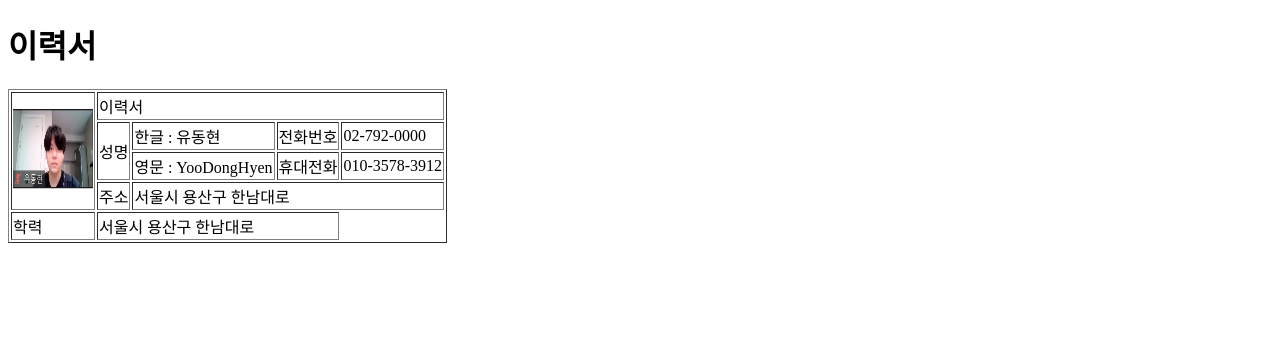
Repository: DongHyenYoo/DongHyen
Page: JdbcStudy/HTMLTEST/WebContent/resume.html
These files come from the project's save history. The page is drawn as it stood at one moment and after the next save; the edit follows.
The browser window is 1280 px wide. The pictures show the whole page.

Above is the page before, as saved 2022-09-23 08:16:52.

### JdbcStudy/HTMLTEST/WebContent/resume.html
<!DOCTYPE html>
<html>
<head>
<meta charset="UTF-8">
<title>이력서</title>
</head>
<body>
<h1>이력서</h1>
<table border="1">
<tr>
<td rowspan="4"><img src="Test.jpg" width = "80" height="80" alt="테스트"></td> <td colspan="4">이력서</td>
</tr>

<tr>
 <td rowspan="2">성명</td> <td>한글 : 유동현</td> <td>전화번호</td> <td> 02-792-0000</td>
</tr>

<tr>
 <td>영문 : YooDongHyen</td> <td>휴대전화</td> <td>010-3578-3912</td>
</tr>

<tr>
 <td>주소</td> <td colspan="3">서울시 용산구 한남대로</td>
</tr>

<tr>
 <td rowspan = "3">학력</td> <td colspan="3">서울시 용산구 한남대로</td>
</tr>




</table>
</body>
</html>

After the next save:
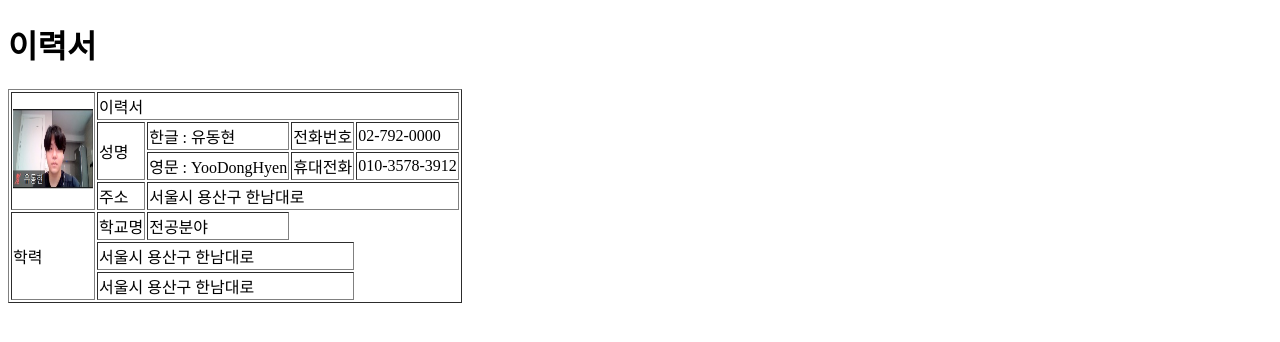
Saved 52 s later.
--- a/JdbcStudy/HTMLTEST/WebContent/resume.html
+++ b/JdbcStudy/HTMLTEST/WebContent/resume.html
@@ -24,10 +24,16 @@
 </tr>
 
 <tr>
- <td rowspan = "3">학력</td> <td colspan="3">서울시 용산구 한남대로</td>
+ <td rowspan = "3">학력</td> <td>학교명</td> <td>전공분야</td>
 </tr>
 
+<tr>
+ <td colspan="3">서울시 용산구 한남대로</td>
+</tr>
 
+<tr>
+ <td colspan="3">서울시 용산구 한남대로</td>
+</tr>
 
 
 </table>
